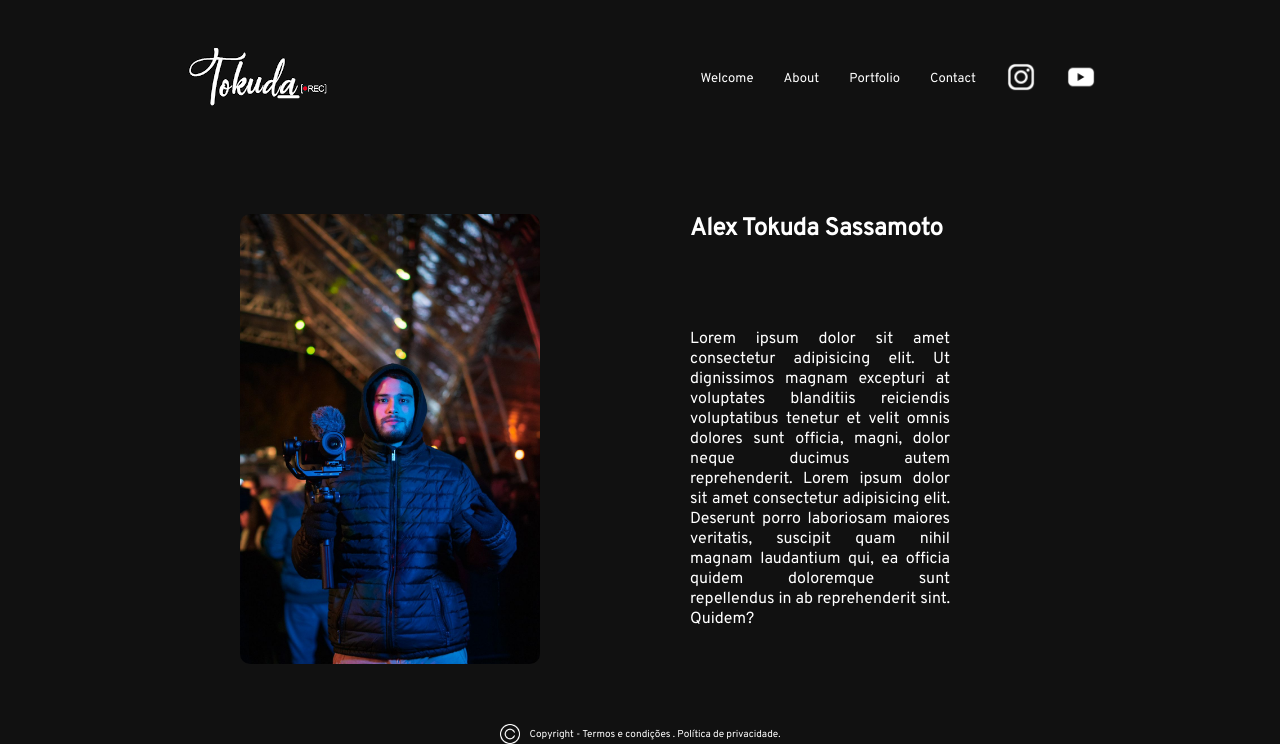
Repository: Lucasbeze/Project-FilmMaker
Page: projeto-alex/pages/about.html
An editor plug-in stored every save of this project. The page is shown before and after a run of saves, followed by the edit.
The browser window is 1280 px wide. The pictures show the whole page.

Above is the page before, as saved 2022-08-26 16:50:14.

After the next 2 saves:
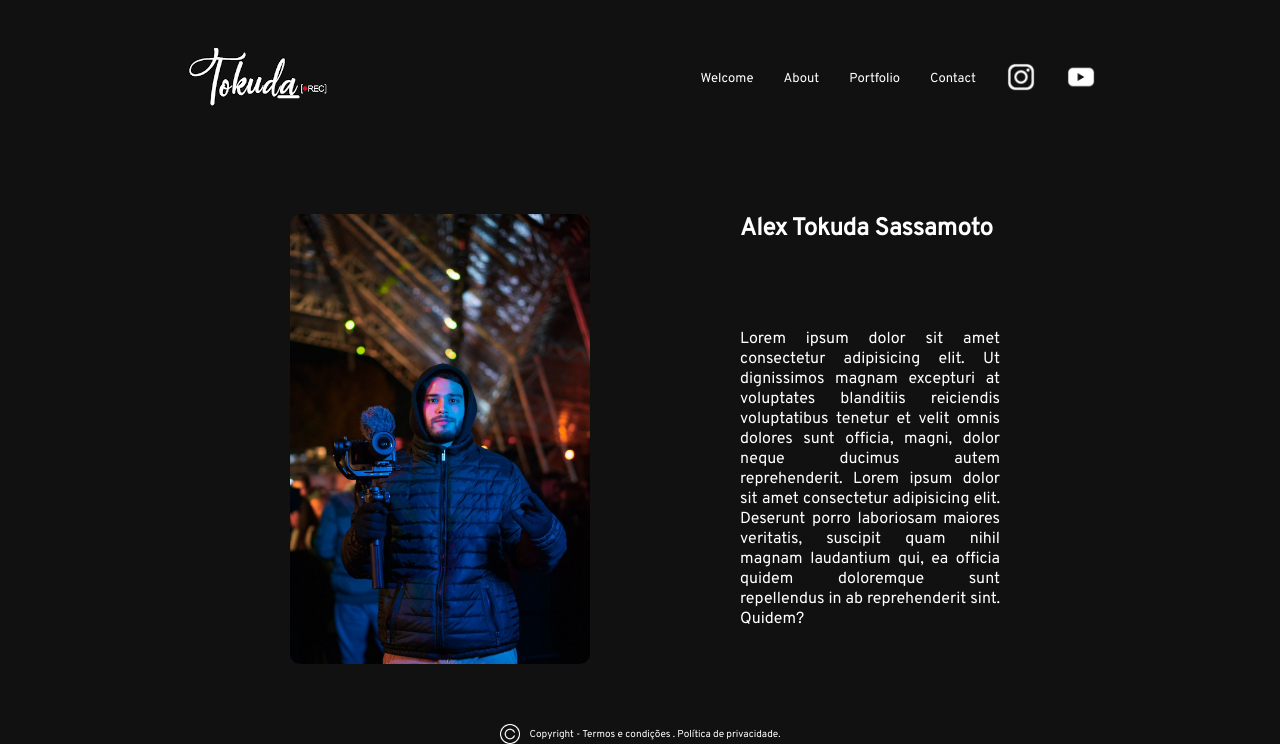
The 2 saves are shown as one change because they came seconds apart.
The last was saved 8 s later.
--- a/projeto-alex/css/about.css
+++ b/projeto-alex/css/about.css
@@ -79,6 +79,7 @@ footer img{
 }
 @media (max-width: 1600px ) {
   .main-page {
-    width:
+    width: 70rem;
+    margin: ;
   }
 }
